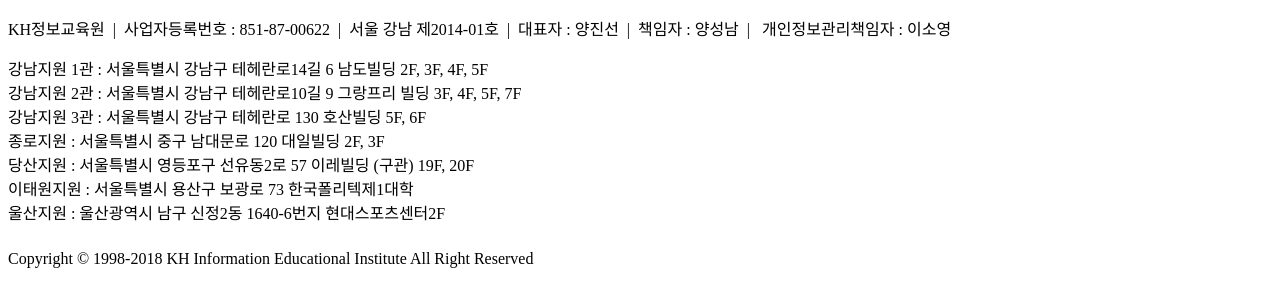
Repository: NohMinSoo/khSpring
Page: http://localhost/1_Spring_Web/resources/common/sub_header.jsp
An editor plug-in stored every save of this project. The page is shown before and after the next save, followed by the edit.
The browser window is 1280 px wide. The pictures show the whole page.
The page is served by Tomcat 9.

Above is the page before, as saved 2018-11-16 08:40:55.

After the next save:
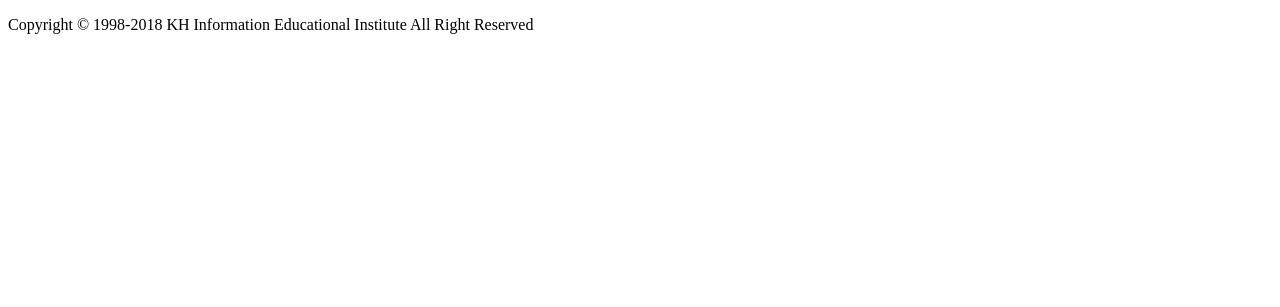
Saved 11 min 0 s later.
--- a/1_Spring_Web/src/main/webapp/resources/common/sub_header.jsp
+++ b/1_Spring_Web/src/main/webapp/resources/common/sub_header.jsp
@@ -13,16 +13,7 @@
 </style>
 <body>
 <div id="bottom_copy">
-		<p class="maincopy">KH정보교육원&nbsp; | &nbsp;사업자등록번호 : 851-87-00622&nbsp; | &nbsp;서울 강남 제2014-01호&nbsp; | &nbsp;대표자 : 양진선&nbsp; | &nbsp;책임자 : 양성남&nbsp; | &nbsp; 개인정보관리책임자 : 이소영</p>
-		<p class="subcopy" style="padding-bottom: 10px;">
-		강남지원 1관 : 서울특별시 강남구 테헤란로14길 6 남도빌딩 2F, 3F, 4F, 5F<br>
-		강남지원 2관 : 서울특별시 강남구 테헤란로10길 9 그랑프리 빌딩 3F, 4F, 5F, 7F<br>
-		강남지원 3관 : 서울특별시 강남구 테헤란로 130 호산빌딩 5F, 6F<br>
-		종로지원 : 서울특별시 중구 남대문로 120 대일빌딩 2F,  3F<br>
-		당산지원 : 서울특별시 영등포구 선유동2로 57 이레빌딩 (구관) 19F, 20F <br>
-		이태원지원 : 서울특별시 용산구 보광로 73 한국폴리텍제1대학 <br>
-		울산지원 : 울산광역시 남구 신정2동 1640-6번지 현대스포츠센터2F<br>
-		</p>
+
 		<p class="subcopy">
 			Copyright © 1998-2018 KH Information Educational Institute All Right Reserved</p>
 	</div>
